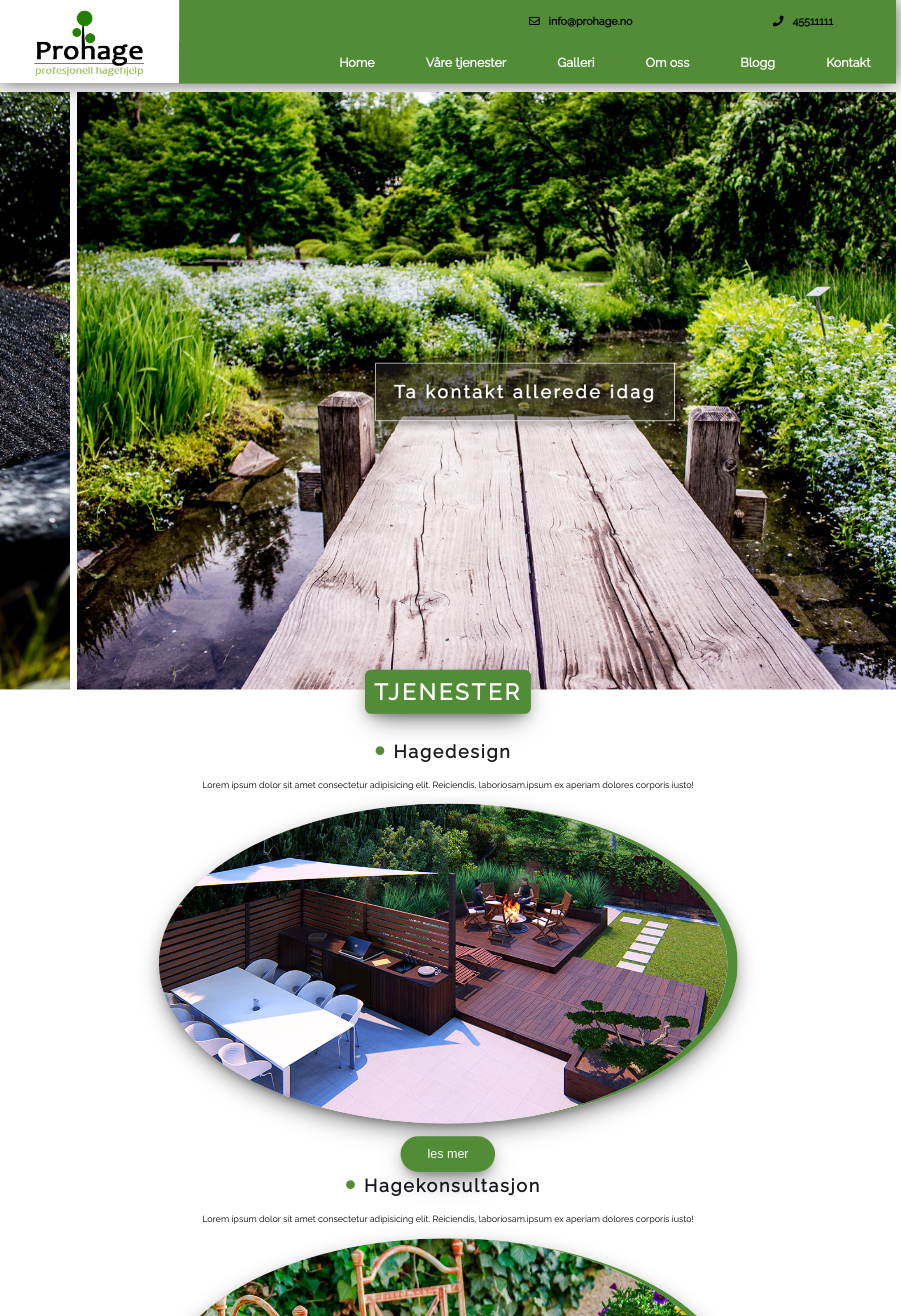
Repository: marinazzz/garden-design-website
Page: index.html
An editor plug-in stored every save of this project. The page is shown before and after the next save, followed by the edit.
The browser window is 1280 px wide. The page is 1287 px wide, then 1280 px, so the pictures cover 1287 px, including what lies to the right of the window. The pictures show the part of the page from y = 0 to 1880 px (the page is 5597 px tall before and 2151 px after), at 70% of full size.

Above is the page before, as saved 2020-04-02 13:05:27.

### index.html
<!DOCTYPE html>
<html lang="nb">
<head>
    <title>Hagedesign Oslo</title>
    <link rel="stylesheet" type="text/css" href="CSS/fontawesome-free-5.12.1-web/css/all.min.css">
    <link rel="stylesheet" type="text/css" href="CSS/style.css"/>
    <link rel="stylesheet" type="text/css" href="CSS/min-width-768px.css">
    <link rel="stylesheet" type="text/css" href="CSS/min-width-992px.css">
    <link rel="stylesheet" href="https://cdnjs.cloudflare.com/ajax/libs/animate.css/3.7.2/animate.min.css">
    <link rel="stylesheet" type="text/css" href="PLUGINS/glide-master/dist/css/glide.core.min.css" />
    <link rel="stylesheet" type="text/css" href="PLUGINS/glide-master/dist/css/glide.theme.min.css" />
    <link href="https://fonts.googleapis.com/css?family=Raleway&display=swap" rel="stylesheet">
    <meta name="viewport" content="width=device-width, initial-scale=1" charset="UTF-8">
</head>
<body>
    <header class="header--white-green">
        <div class="wrapper">
        <div class="container__menu--small container__menu"> <!--grid container-->
            <div class="container__logo"> <!--1.column-->
                <img class="logo"src="images/prohage black.png" alt="Prohage logo">
            </div>
            <div class="container__items--small container__items"> <!--2.column-->
                <div class="container__item"> <!--1.row-->
                     <a href="mailto:info@prohage.no"
                         class ="container__item-txt"><i class="far fa-envelope"></i>info@prohage.no</a>
                     <a href="tlf:45511111"
                         class="container__item-txt"><i class="fas fa-phone"></i>45511111</a>
                </div>
               <div class="container__item-bottom"> <!--2.row-->
                   <button class="menu__toggle">
                       <i class="fas fa-bars"></i>
                   </button>
                   <nav id="menu">
                        <ul class="menu__list">
                            <li class="menu__item">
                                <a class="menu__link" href="home">Home</a>
                            </li>
                            <li class="menu__item">
                                <a class="menu__link" href="#services">Våre tjenester</a>
                            </li>
                            <li class="menu__item">
                                <a class="menu__link" href="#gallery">Galleri</a>
                            </li>
                            <li class="menu__item">
                                <a class="menu__link" href="#about">Om oss</a>
                            </li>
                            <li class="menu__item">
                                <a class="menu__link" href="#blog">Blogg</a>
                            </li>
                            <li class="menu__item">
                                <a class="menu__link" href="kontakt">Kontakt</a>
                            </li>
                       </ul>
                   </nav>
               </div>
            </div>
            </div>
        </div>
        <section id="main-photo">
            <div class="glide">
                <div class="glide__track"
                     data-glide-el="track">
                    <ul class="glide__slides">
                        <li class="glide__slide">
                            <img class="main-photo__item"
                                 srcset="images/daylight-environment-garden-2000.jpg 2000w,
                                         images/daylight-environment-garden-1000.jpg 1000w"
                                 sizes="(min-width: 1440px) 2000px, 100vw"
                                 src="images/daylight-environment-garden-2000.jpg" alt="Garden and plants" />
                                 <h1 class="main-photo__title">Profesjonell hagehjelp</h1>
                        </li>
                        <li class="glide__slide">
                            <img class="main-photo__item"
                                 srcset="images/main-header-photo-2000.jpg 2000w,
                                          images/main-header-photo-1000.jpg 1000w"
                                 sizes="(min-width: 1440px) 2000px, 100vw"
                                 src="images/main-header-photo-2000.jpg" alt="Garden and plants" />
                                 <h1 class="main-photo__title">Ta kontakt allerede idag</h1>
                                </li>
                        <li class="glide__slide">
                            <img class="main-photo__item"
                                 srcset="images/header-photo-2000.jpg 2000w,
                                         images/header-photo-1000.jpg 1000w"
                                 sizes="(min-width: 1440px) 2000px, 100vw"
                                 src="images/header-photo-2000.jpg" alt="Garden designed by proffesional" />
                                 <h1 class="main-photo__title">Rådgiving og tipser</h1>
                        </li>
                        <li class="glide__slide">
                            <img class="main-photo__item"
                                 srcset="images/bloom-blooming-blur-2000.jpg 2000w,
                                         images/bloom-blooming-blur-1000.jpg 1000w"
                                 sizes="(min-width: 1440px) 2000px, 100vw"
                                 src="images/bloom-blooming-blur-2000.jpg" alt="Garden designed by proffesional" />
                                 <h1 class="main-photo__title">Følg vår hageblogg</h1>
                        </li>
                    </ul>
                </div>
                <!--<div class="glide__arrows"
                         data-glide-el="controls">
                        <button class="glide__arrow glide__arrow--left"
                                data-glide-dir="<">
                            <i class="fas fa-chevron-circle-left"></i>
                        </button>
                        <button class="glide__arrow glide__arrow--right"
                                data-glide-dir=">">
                            <i class="fas fa-chevron-circle-right"></i>
                        </button>
                    </div>-->
            </div>

            <!--<img class="main-photo__item1"
                 srcset="images/architecture-clouds-daylight-2000.jpg 2000w,
                         images/architecture-clouds-daylight-1000.jpg 1000w"
                 sizes="(min-width: 1440px) 2000px, 100vw"
                 src="images/architecture-clouds-daylight-2000.jpg" alt="Garden">
            <img class="main-photo__item2"
                 srcset="images/header-photo-2000.jpg 2000w,
                         images/header-photo-1000.jpg 1000w"
                 sizes="(min-width: 1440px) 2000px, 100vw"
                 src="images/header-photo-2000.jpg" alt="Garden designed by proffesional" >
            <img class="main-photo__item3"
                 srcset="images/main-header-photo-2000.jpg 2000w,
                         images/main-header-photo-1000.jpg 1000w"
                 sizes="(min-width: 1440px) 2000px, 100vw"
                 src="images/main-header-photo-2000.jpg" alt="Garden and plants" >
            <h1 class="main-photo__title">Profesjonell hagehjelp</h1>-->
        </section>
     </header>
     <main>
         <section id="services" class="section--white-green section__container">
            <h1 class="services__title">Tjenester</h1>
            <div class="services__wrapp">
            <section class="services__item">
                <div class="item-title__wrapp">
                    <i class="fas fa-circle"></i>
                    <h2 class="services__item-title">Hagedesign</h2>
                </div>
                <p class="services__txt">Lorem ipsum dolor sit amet consectetur adipisicing elit. Reiciendis, laboriosam.ipsum ex aperiam dolores corporis iusto!</p>
                <div class="button__position">
                     <img class="services__photo" src="images/Hagedesign.jpg" alt="Hagedesigner tegner" />
                     <button class="services__toggle">les mer</button>
                </div>
            </section>
            <section class="services__item">
                <div class="item-title__wrapp">
                    <i class="fas fa-circle"></i>
                    <h2 class="services__item-title">Hagekonsultasjon</h2>
                </div>
                <p class="services__txt">Lorem ipsum dolor sit amet consectetur adipisicing elit. Reiciendis, laboriosam.ipsum ex aperiam dolores corporis iusto!</p>
                <div class="button__position">
                    <img class="services__photo" src="images/konsultasjon.jpg" alt="Hagekonsultasjon med hagedesigner"/> <!--smaller picture than other 2-->
                    <button class="services__toggle">les mer</button>
                </div>
            </section>
            <section class="services__item">
                <div class="item-title__wrapp">
                    <i class="fas fa-circle"></i>
                    <h2 class="services__item-title">Hageskise</h2>
                </div>
                <p class="services__txt">Lorem ipsum dolor sit amet consectetur adipisicing elit. Reiciendis, laboriosam.ipsum ex aperiam dolores corporis iusto!</p>
                <div class="button__position">
                    <img class="services__photo" src="images/skisse.jpg" alt="Hagedesigner hjelp"/>
                    <button class="services__toggle">les mer</button>
                </div>
            </section>
            </div>
         </section>
         <section id="gallery" class="section--dark-green section__container">
            <h1 class="gallery__title services__title">Våre prosjekter</h1>
            <div class="gallery__wrapp services__wrapp">
                <div class="gallery__items">
                    <div class="gallery__item-wrapp">
                        <img class="gallery__item"
                             srcset="images/gallery-photo1-2000.jpg 2000w,
                                     images/gallery-photo1-1000.jpg 1000w"
                             sizes="(min-width: 1440px) 2000px, 100vw"
                             src="images/gallery-photo1-2000.jpg" alt="Hagedesign terrase" />
                    </div>
                    <div class="gallery__item-wrapp gallery__item-wrapp--padding">
                        <img class="gallery__item"
                             srcset="images/gallery-photo2-2000.jpg 2000w,
                                     images/gallery-photo2-1000.jpg 1000w"
                             sizes="(min-width: 1440px) 2000px, 100vw"
                             src="images/gallery-photo2-2000.jpg" alt="Hagedesign terrase" />
                    </div>
                    <div class="gallery__item-wrapp">
                        <img class="gallery__item"
                             srcset="images/gallery-photo3-2000.jpg 2000w,
                                     images/gallery-photo3-1000.jpg 1000w"
                             sizes="(min-width: 1440px) 2000px, 100vw"
                             src="images/gallery-photo3-2000.jpg" alt="Hagedesign terrase" />
                    </div>
                </div>
                <div class="gallery__txt-wrapp">
                    <h2 class="gallery__item-title services__item-title">See alle prosjekter
                        <i class="fas fa-angle-double-right"></i>
                    </h2>
                    <p class="gallery__txt">Lorem, ipsum dolor sit amet consectetur adipisicing elit. Magni neque, ut incidunt reprehenderit fugiat possimus.</p>
                </div>
            </div>
        </section>
         <article id="blog-posts">

         </article>
         <section id="about oss">

        </section>
     </main>
     <footer>
	     <p>designed by Marina Zujic
		     <a href="https://github.com/marinazzz">github.com/marinazzz</a>
	     </p>
     </footer>
     <script src="PLUGINS/glide-master/dist/glide.min.js"></script>
     <script>
        new Glide('.glide', {
            type: 'carousel',
            autoplay: true,
            hoverpause: false,
            perView: 1,
            animationDuration: 10000
        }).mount()
      </script>
     <script src="JS/js-app.js"></script>
</body>
</html>

### CSS/style.css
html {
  font-size: 62.5%;
}

body {
  margin: 0;
  padding: 0;
  text-align: center;
  box-sizing: border-box;
  font-family: 'Raleway', sans-serif;
}

       /*__ HEADER__ */

/*color styles*/
.header--white-green {
  --header-bg-color: #528C36;
  --header-link-color: black;
  --header-menu-link: #fff;
  --header-toggle-color: #528C36;
}

/*main style*/
.container__menu--small {
  display: flex;
  justify-content: space-around;
  box-shadow: 0 0 2rem 0 rgba(0, 0, 0, 0.24), 0 0 30rem 0 rgba(0, 0, 0, 0.2);
}

.logo {
  max-height: 8rem;
  background: white;
}

.container__items--small {
  display: grid;
  grid-template-rows: 1fr 1fr;
  align-content: flex-end;
  width: 250px;
}

.container__item {
  align-self: center;
}

.container__item,
.container__item-bottom {
  text-align: end;
}

.container__item-txt {
  color: var(--header-link-color);
  text-decoration: none;
  font-size: 1.2rem;
}

.container__item > a:first-of-type {
  padding-right: 1.6rem;
}

.container__item-bottom > nav {
  text-align: center;
}

.menu__toggle {
  color: var(--header-bg-color);
  box-sizing: border-box;
  border: none;
  background-color: transparent;
  outline: none;
  font-size: 3rem;
  line-height: 0;
  padding: 0.5rem;
  color: var(--header-toggle-color);
  position: relative;
  z-index: 100;
}

.fa-phone,
.fa-envelope {
  margin-right: 1rem;
}


/* MENU */

#menu {
  display: none;
  position: absolute;
  top: auto;
  left: 0;
  width: 100%;
  padding-top: 1rem;
  background-color: var(--header-bg-color);
  z-index: 20;
}

.menu__list {
  padding: 0;
  margin: 0;
  display: flex;
  flex-direction: column;
}

.menu__item {
  display: block;
  margin-bottom: 1rem;
}

.menu__link {
  color: var(--header-menu-link);
  text-decoration: none;
  font-size: 1.4rem;
}

#menu.menu-opened {
  display: block;
}


/*FOR SMALL DEVICES*/

@media screen and (max-width: 420px) {

  .logo {
    max-height: 7rem;
  }

  .container__items--small {
    width: auto;
    align-self: center;
  }

  .container__item > a:first-of-type {
    padding-right: 1.3rem;
  }

  .container__item {
    text-align: center;
  }

  .fa-phone, .fa-envelope {
    margin-right: 0.3rem;
  }
}

/* MAIN PICTURE */

#main-photo {
  width: 100%;
  padding-top: 1rem;
}

.main-photo__title {
  position: absolute;
  color: white;
  background-color:#524a4a3b;
  border: 0.1rem solid white;
  filter: drop-shadow(2px 4px 6px black);
  padding: 2rem;
  margin: 0 auto;
  font-size: 1.5rem;
  letter-spacing: 0.2rem;
  top: 50%;
  left: 50%;
  transform: translate(-50%, -50%);
}



/* GLIDE SLIDER CSS OVERRIDES */

.glide__slides {
  margin: 0;
}

.glide__slide {
  position: relative;
}

/*#main-photo .glide__arrow  {
  font-size: 4rem;
  padding: 0;
  border-color: transparent;
  box-shadow: none;
  border-radius: 50%;
  line-height: 0;
  transition: all 200ms ease-in-out;
}

#main-photo .glide__arrow:hover {
  border-color: #252525;
  color: #252525;
}*/



/*#main-photo {
  position: relative;
}

.main-photo__item {
   width: 100%;
}

.main-photo__title {
  position: absolute;
  bottom: 1rem;
  left: 20rem;
  font-size: 2rem;
}*/



/*1. COLOR OPTION*/
/* CSS variables*/
/* :root {
  --header-bg-color: #4daa57;
  --header-top-bg-color: #252525;
  --header-toggle-color: #fff;
}*/

/*.top-header__item {
  color: var(--header-link-color);
  text-decoration: none;
  font-size: 1.4rem;
}*/


/*------MAIN----------*/

/* SECTIONS */

/*Common styles for sections*/

/*color styles*/
.section--white-green {
  --section-bg: #FAFAFA;
  --section-title-bg: #528C36;
  --section-border-color: #528C36;
  --section-h2-color: #1C1A21;
  --buttons-services-color: #528C36;
}

/*layout*/
.services__wrapp {
  display: flex;
  flex-direction: column;
  align-items: center;
  padding: 0 1rem;
}

/*#services, #gallery, #reviews, #about {
  padding: 0.5rem;
  background: var(--section-bg);
}*/

/*.services-title, .gallery-title, .about-title {
  font-size: 2.5rem;
  margin: 0 9rem;
  padding-top: 1.6rem;
  letter-spacing: 0.32rem;
  border-bottom: var(--section-border-color) solid 0.25rem;
}*/


/* SECTION SERVICES */

.services__title {
  font-size: 2.5rem;
  position: absolute;
  left: 50%;
  transform: translate(-50%, -50%);
  border-radius: 0.7rem;
  color: #fafafa;
  background: var(--section-title-bg);
  letter-spacing: 0.32rem;
  padding: 1rem;
  margin: 0 auto;
  text-transform: uppercase;
}

.services__title,
.services__photo,
.services__toggle {
  box-shadow: 0 16px 38px -12px rgba(0, 0, 0, 0.56), 0 4px 25px 0px rgba(0, 0, 0, 0.12), 0 8px 10px -5px rgba(0, 0, 0, 0.2);
}

.services__item {
  padding-top: 5rem;
}

.item-title__wrapp {
  display: flex;
  justify-content: center;
  align-items: center;
}

.fas,
.fa-circle {
  color: var(--buttons-services-color);
}

.services__item-title {
  color: var(--section-h2-color);
  letter-spacing: 0.2rem;
  margin: 0.5rem 0 0.5rem 0;
  font-size: 2rem;
  padding: 0 1rem;
}

.services__txt {
  margin: 0;
  padding: 1.5rem;
}

.button__position {
  position: relative;
}

.button__position > button {
  position: absolute;
  bottom: -15%;
  left: 50%;
  transform: translate(-50%, -50%);
}

.services__photo {
  overflow: hidden;
  border-radius: 50%;
  border-right: solid 1.2rem var(--section-border-color);
  width: 80%;
}

.services__toggle {
  background: var(--buttons-services-color);
  border-radius: 3rem;
  box-sizing: border-box;
  border: none;
  font-size: 1.4rem;
  padding: 1.2rem 3rem;
  color: #fff;
}


/* SECTION GALLERY */

.section--dark-green {
  --section-bg: #304337;
  --section-title-color: #304337;
  --section-title-bg: #86BEA9;
  --section-border-color: #86BEA9;
  --section-h2-color: #86BEA9;
}

#gallery {
  margin-top: 8rem;
  position: relative;
}

.gallery__title {
  width: 65%;
  color: var(--section-title-color);
  background: var(--section-title-bg);
  box-shadow: -10px 0px 13px -7px #000000, 10px 0px 13px -7px #000000, 2px 5px 15px 5px rgba(0,0,0,0);
}

.gallery__wrapp {
  background: var(--section-bg);
}

.gallery__item {
  border-left: solid 0.6rem var(--section-title-bg);
  border-bottom: solid 0.6rem var(--section-title-bg);
  width: 100%;
  /*box-shadow: inset 6px -6px 6px 1px #86bea9;*/
}

.gallery__item-wrapp {
  padding: 0 2rem 2rem 1.4rem;
}

.gallery__txt-wrapp {
  display: flex;
  flex-direction: column;
  align-items: center;
}

.gallery__item-title,
.gallery__txt {
  color: var(--section-title-bg);
  padding: 0 3rem;
}

.gallery__items {
  padding-top: 4rem;
  display: flex;
  flex-direction: column;
  align-items: center;
}

/*FOOTER*/

footer {
  background: #333333;
  padding: 0.5rem;
  margin-top: 20rem; /*temporary*/
  color: white;
}

footer a {
  color: white;
  text-decoration: none;
}

### CSS/min-width-768px.css
@media screen and (min-width: 768px) {

  html {
    font-size: 70%;
  }

   /* HEADER */


   .container__menu,
   .container__items {
    display: grid;
   }

   .container__menu {
    grid-template-columns: 2fr 80%;
    box-shadow: 0 0 2rem 0 rgba(0, 0, 0, 0.62), 0 0 30rem 0 rgba(0, 0, 0, 0.19);
  }

  .container__items {
    grid-template-rows: 1fr 1fr;
    background: var(--header-bg-color);
    width: auto;
  }

  .container__item,
  .container__item-bottom {
    display: flex;
  }

  .container__item {
    align-self: center;
    justify-content: space-around;
    /*padding-left: 23rem;*/
  }

  .container__item > a:first-of-type {
    padding-left: 10rem;
  }

  .container__item-bottom {
    align-items: center;
  }

  .menu__toggle {
    display: none;
  }

  /* NAVIGATION */

  #menu,
  .menu-opened .menu__item .menu__link {
    display: block;
  }

  #menu {
    position: static;
    padding: 0;
    top: 0;
  }

  #menu,
  .menu_list {
    height: 100%;
  }

  .menu__list {
    height: 100%;
    flex-direction: row;
    justify-content: center;
    align-items: center;
    padding-left: 5rem;
  }

  .menu__item {
    height: 100%;
    display: block;
    flex-grow: 1;
    margin: 0;
    line-height: 4.5rem;
  }

  .menu__item:hover {
    background-color:#272727;
  }

  .menu__link:active {
    color:black;
  }

  .menu__link,
  .container__item-txt {
    font-weight: bold;
  }

  /* color styles */

  :root {
    /*header*/
    --header-bg-color:#528C36;
    --link-color: #FCFDF9;
  }

  /* MAIN PHOTO */

  .main-photo__title {
    font-size: 2rem;
    letter-spacing: 0.3rem;
}


/* SECTIONS */

/*Common styles for sections*/
/*layout*/
.services__wrapp.gallery__items {
  flex-direction: row;
}

/*SECTION SERVICES*/

/*.services__item {
  padding-top: 3rem;
}*/

.button__position > button {
  bottom: -20%;
}

/*SECTION GALLERY*/

.gallery__title {
  width: auto;
}

.gallery__wrapp {
  padding: 0;
  flex-wrap: wrap;
  justify-content: space-around;
}

.gallery__txt-wrapp {
  display: block;
  margin: auto;
}

.gallery__item-wrapp {
  padding: 0 2rem 2rem 2rem;;
}

.gallery__item-wrapp--padding {
  padding: 0 0 2rem 0;
}

.gallery__items:nth-child(2) {
  padding-left: 1.4rem;
}
}

### CSS/min-width-992px.css
@media screen and (min-width: 992px) {
    html {
        font-size: 80%;
    }

   /* HEADER */

    .logo {
        max-height: 9rem;
    }

    .container__items {
        width: auto;
    }

    .container__item {
        padding-left: 22rem;;
    }

    .container__item-bottom,
    .container__items {
        padding: 0;
    }

    #menu {
        padding-left: 10rem;
    }
}

@media screen and (min-width: 1440px) {

    /* HEADER */
    .container__menu {
        max-width: 1500px;
        margin: 0 auto;
    }

    .container__item {
        padding-left: 47rem;;
    }

    #menu {
        padding-left: 30rem;
    }


    /* MAIN PHOTO */

    .main-photo__title {
        font-size: 3rem;
        letter-spacing: 0.5rem;
    }
}

@media screen and (min-width: 2560px) {

    .logo {
        max-height: 12rem;
    }

    .container__item {
        justify-self: center;
    }

    .container__item > a:first-of-type {
        padding: 0 13rem;
    }

    .container__item-bottom {
        padding: 0 40rem;
    }

    /*content on middle*/

    .container__menu {
        max-width: 2000px;
    }

    .container__item-bottom,
    .container__items {
        padding: 0;
    }

    #menu,
    .container__item {
        padding-left: 50rem;
    }

    /* SECTIONS */

    .section__container {
        max-width: 2000px;
        margin: 0 auto;
    }

    .button__position > button {
        bottom: -10%;
      }

      /*SECTION GALLERY*/

      .gallery__wrapp {
          justify-content: space-around;
      }
}

### JS/js-app.js
let mainNav = document.getElementById("menu");

let navBarToggle = document.querySelector(".menu__toggle");

navBarToggle.addEventListener("click", function () {

    mainNav.classList.toggle("menu-opened");
});

Loaded but not shown: CSS/fontawesome-free-5.12.1-web/css/all.min.css (library); PLUGINS/glide-master/dist/css/glide.core.min.css (common file); PLUGINS/glide-master/dist/css/glide.theme.min.css (common file); PLUGINS/glide-master/dist/glide.min.js (library)

After the next save:
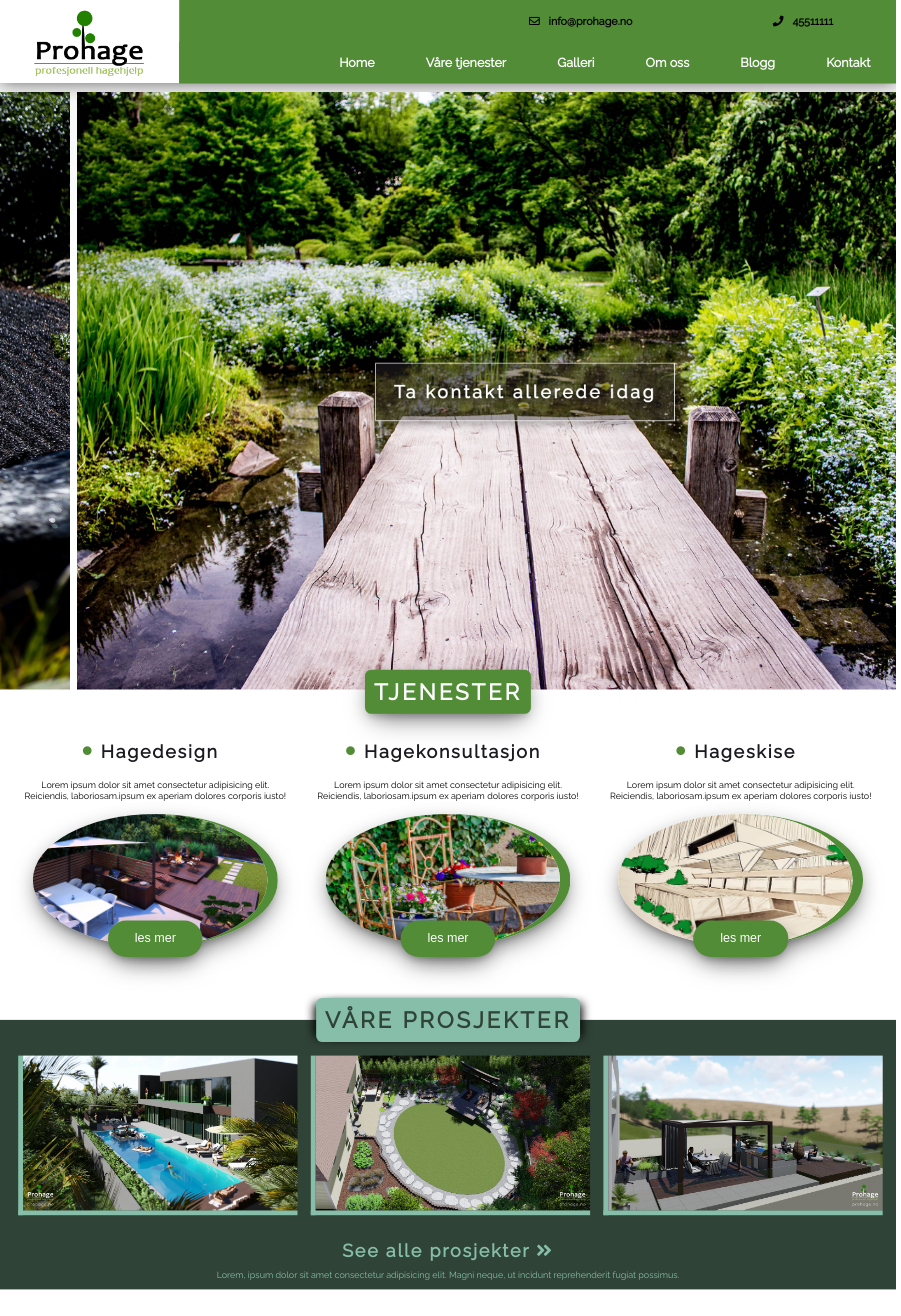
Saved 22 s later.
--- a/CSS/min-width-768px.css
+++ b/CSS/min-width-768px.css
@@ -113,7 +113,8 @@
 
 /*Common styles for sections*/
 /*layout*/
-.services__wrapp.gallery__items {
+.services__wrapp,
+.gallery__items {
   flex-direction: row;
 }
 
